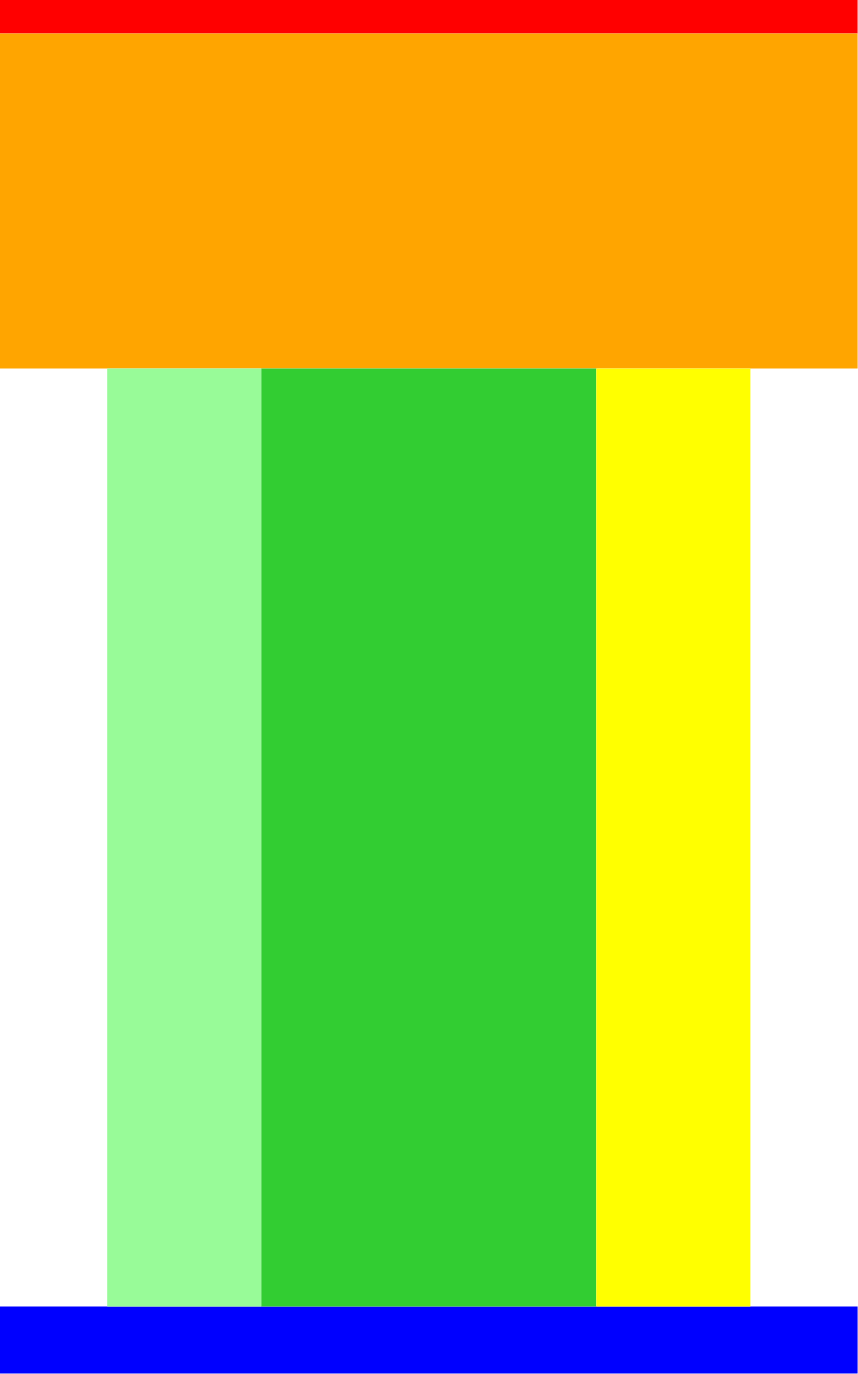
Repository: kk-um/advance1
Page: 演習/4.html
The author's editor kept a record of every edit. The page is drawn from the files as they stood at one moment, then again after the next edit.
The browser window is 1280 px wide. The pictures show the whole page, at 67% of full size.

Above is the page before.

### 演習/4.html
<!DOCTYPE html>
<html lamg="ja">
  <head>
    <meta charset="UTF-8" />
    <link rel="stylesheet" href="4.css"/>
    <title>4章演習</title>
  </head>

  <body>
    <div class="header"></div>

    <div class="main-visual"></div>

    <div class="main">
     <div class="sidebar-left"></div>
     <div class="blog"></div>
     <div class="sidebar-right"></div>
    </div>
    <div class="footer"></div>
  </body>

</html>

### 演習/4.css
*{
  margin:0;
  padding:0;
  box-sizing:border-box;
}

.header{
  width:100%;
  height:50px;
  background-color: red;
}

.main-visual{
   width:100%;
  height:500px;
  background-color: orange;
}

.main{
   width:960px;
  margin:0 auto;
  display:flex;
  justify-content: center;
}
.sidebar-left{
   width:230px;
  height:1400px;
  background-color: palegreen;
}
.blog{
   width:500px;
  height:1400px;
  background-color: limegreen;
}

.sidebar-right{
   width:230px;
  height:1400px;
  background-color: yellow;
}

.footer{
   width:100%;
  height:100px;
  background-color: blue;
}

After the next edit:
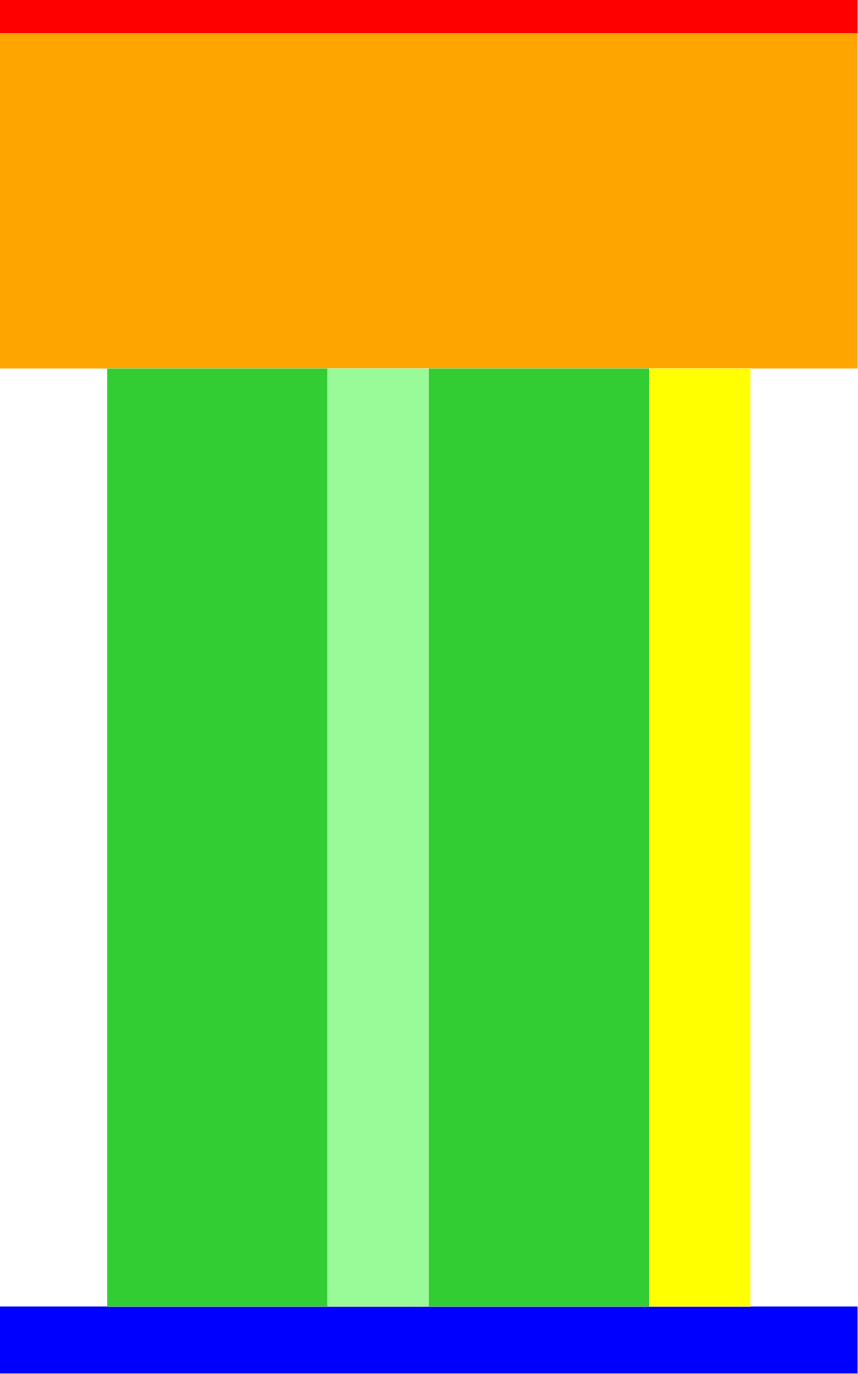
The edit:
--- a/演習/4.html
+++ b/演習/4.html
@@ -12,6 +12,7 @@
     <div class="main-visual"></div>
 
     <div class="main">
+      <div class="blog"></div>
      <div class="sidebar-left"></div>
      <div class="blog"></div>
      <div class="sidebar-right"></div>

After the edit that followed:
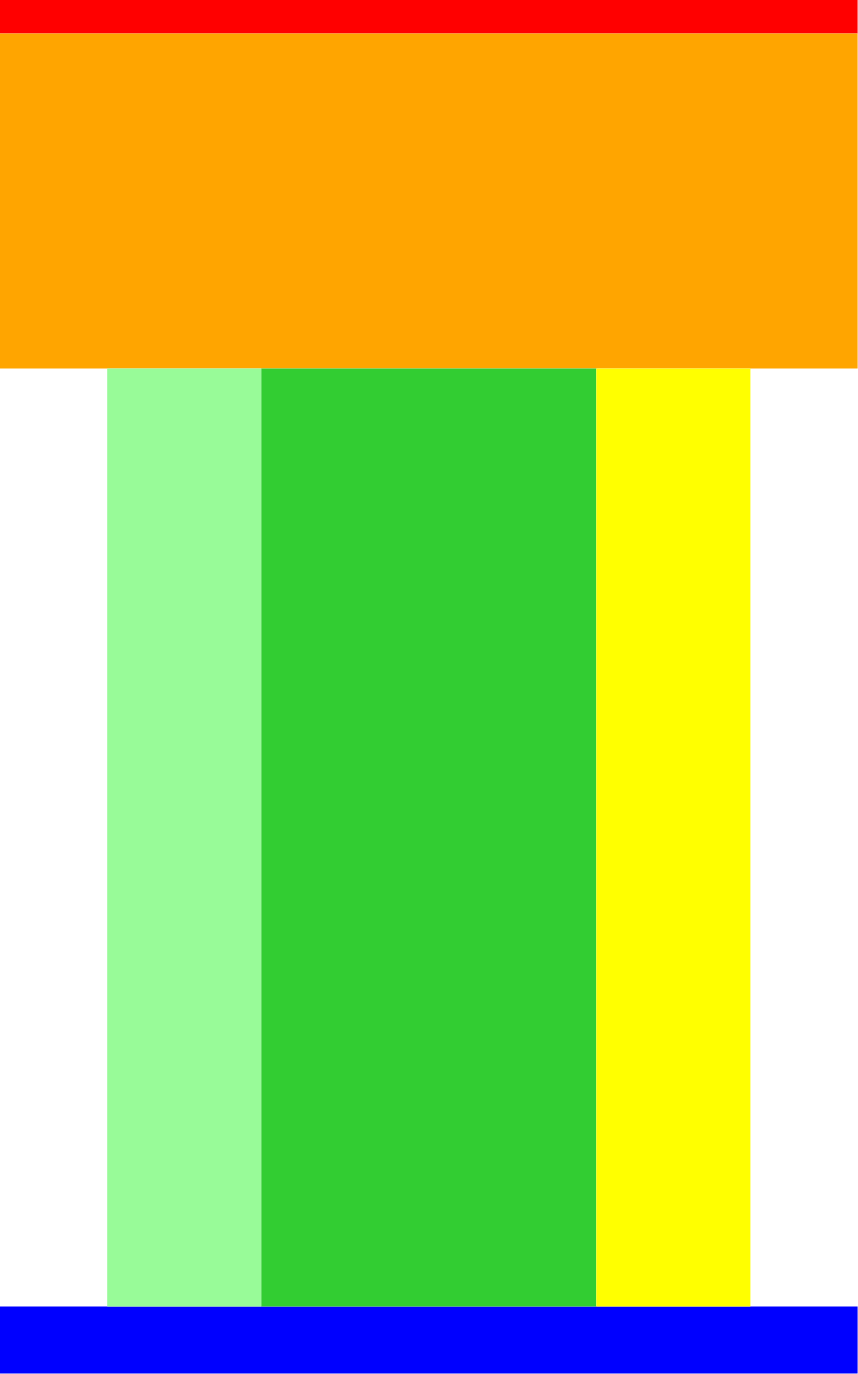
The edit:
--- a/演習/4.html
+++ b/演習/4.html
@@ -12,7 +12,6 @@
     <div class="main-visual"></div>
 
     <div class="main">
-      <div class="blog"></div>
      <div class="sidebar-left"></div>
      <div class="blog"></div>
      <div class="sidebar-right"></div>
